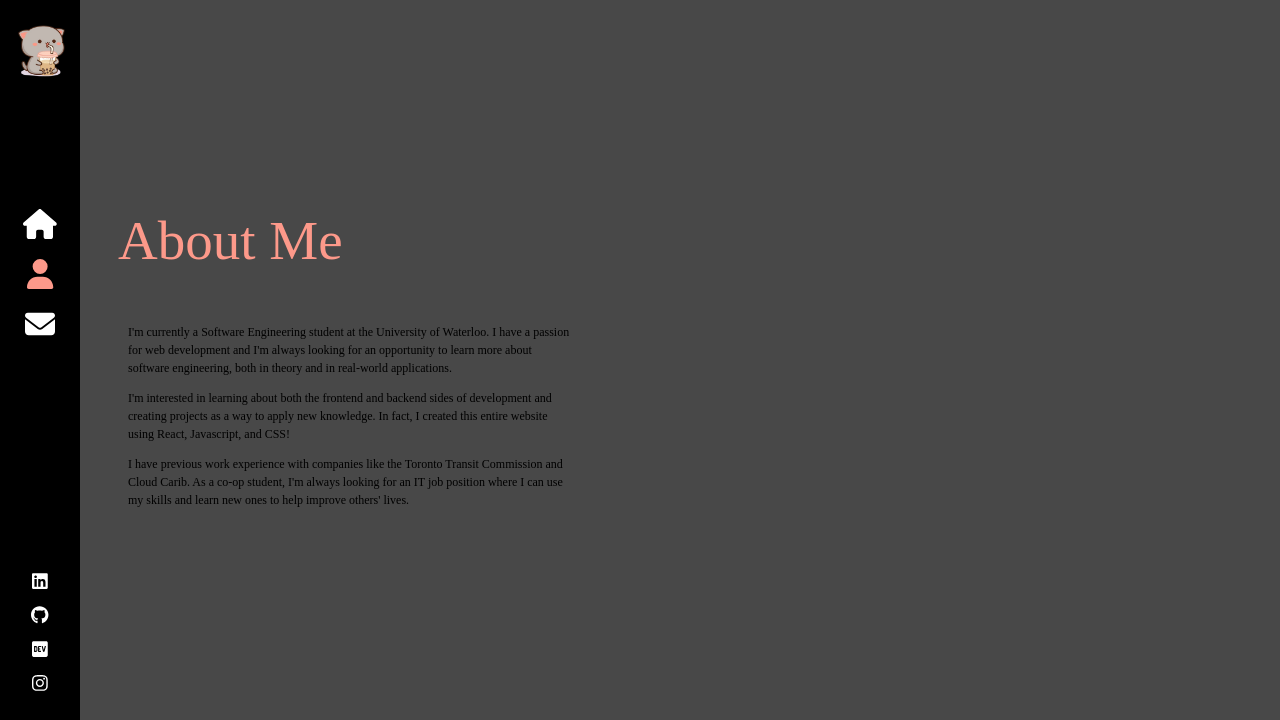
Repository: emilywcai/emilywcai.github.io
Page: /about (app in personal-portfolio/)
An editor plug-in stored every save of this project. The page is shown before and after the next save, followed by the edit.
The browser window is 1280 px wide. The pictures show the whole page.
The project was rebuilt for these pictures with package versions that can differ from the ones it lists, and the page was loaded fresh each time. Also part of the build but not shown: personal-portfolio/src/components/AnimatedLetters/index.scss, personal-portfolio/src/components/Home/Logo/index.scss, personal-portfolio/src/components/Home/Logo/index.js, personal-portfolio/src/components/Home/index.scss, personal-portfolio/src/components/Home/index.js, personal-portfolio/src/components/About/index.scss.

Above is the page before, as saved 2022-08-05 11:16:58.

After the next save:
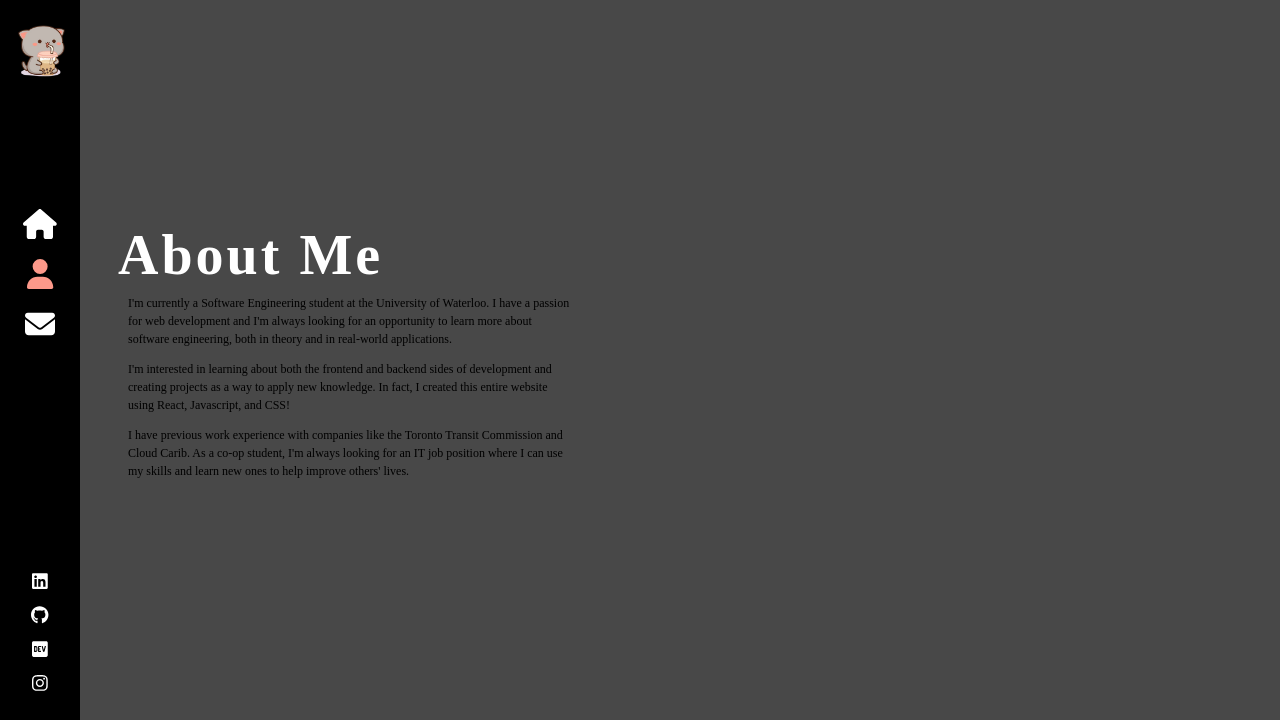
Saved 31 s later.
--- a/personal-portfolio/src/components/Layout/index.scss
+++ b/personal-portfolio/src/components/Layout/index.scss
@@ -59,5 +59,13 @@
     position: relative;
     margin-bottom: 40px;
     left: -10px;
+
+    color: #fff;
+      font-size: 56px;
+      line-height: 53px;
+      margin: 0;
+      font-family: "Raleway-Regular", "sans-serif";
+      font-weight: 550;
+      letter-spacing: 3px;
   }
 }
